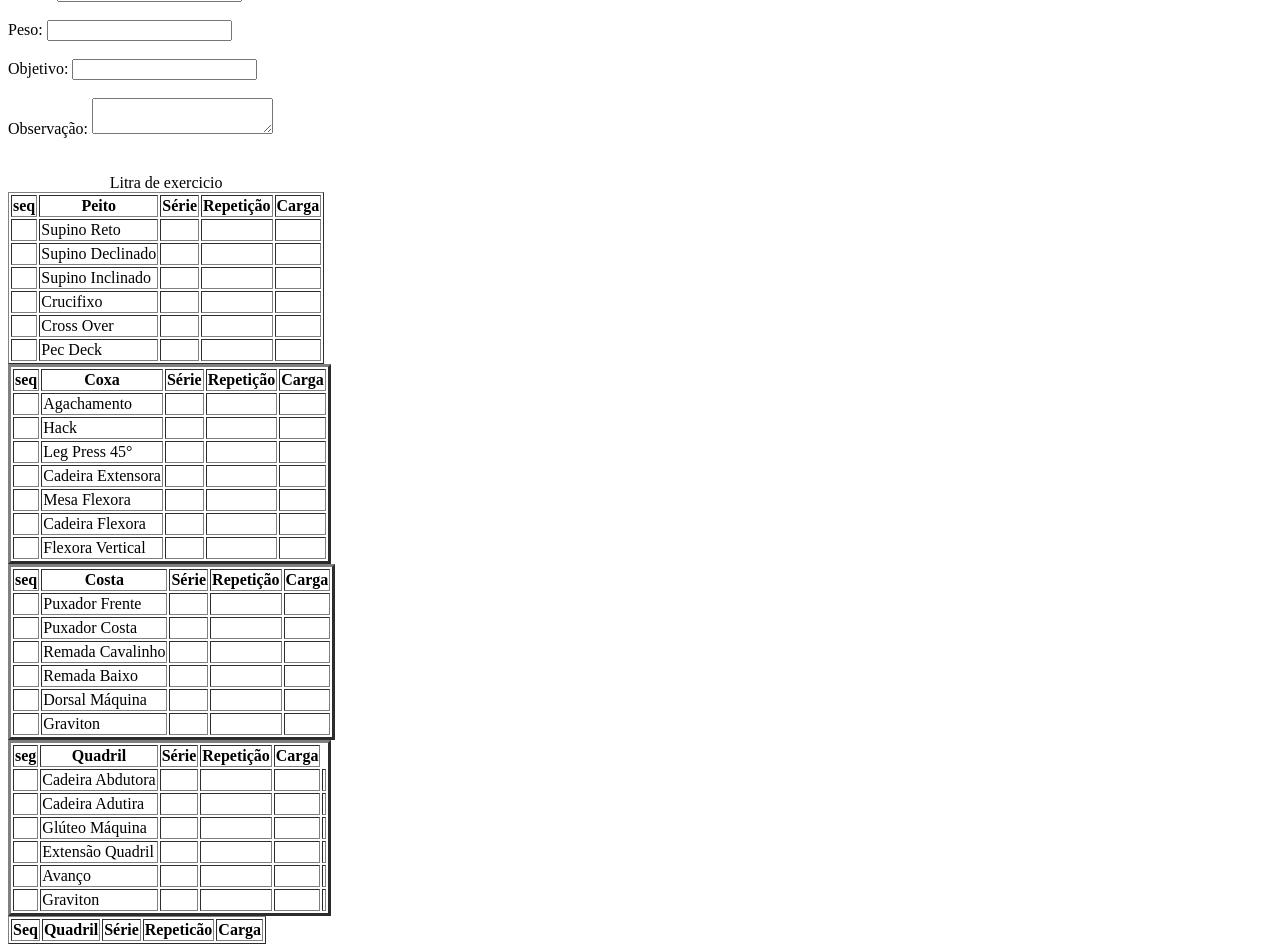
Repository: luisjonson/ProjetoWebAcademia
Page: Projeto_Web/RepositorioWebProject/WebContent/FichaAluno.html
These files come from the project's save history. The page is drawn as it stood at one moment and after the next save; the edit follows.
The browser window is 1280 px wide. The pictures show the part of the page from y = 508 to 1460 px (the page is 1460 px tall before and 1456 px after).
A picture or video elsewhere on the page could not be fetched, so the positions and the page height are approximate.

Above is the page before, as saved 2017-04-06 01:12:02.

### Projeto_Web/RepositorioWebProject/WebContent/FichaAluno.html
<!DOCTYPE html>
<html>
<head>
<meta charset="utf-8">
<title>Insert title here</title>
</head>

<figure>
	<img alt="Smart-Fit"
		src="C:/Users/nano/workspace/Projeto_Web/RepositorioWebProject/WebContent/WEB-INF/Imagem/Smart.png">
</figure>

<body>



	<form action="Cadastro" method="post">



		<label>N° Aluno:</label><br>
		<br> <label>Nome: <input name="nome"></label><br>
		<br> <label>Telefone: <input name="telefone"></label><br>
		<br> <label>Data de Nascimento <input
			name="dataDeNascimento"></label><br>
		<br> <label>Altura: <input type="text" name="Altura"
			required></label><br>
		<br> <label>Peso: <input name="Peso"></label><br>
		<br> <label>Objetivo: <input name="objetivo"></label><br>
		<br> Observação:
		<textarea name="obsevação"></textarea>
	</form>
	<br>
	<br>

	<div class="table-responsive">
	<table class="table" border="1">

		<caption>Litra de exercicio</caption>

		<tr>
			<th>seq</th>
			<th>Peito</th>
			<th>Série</th>
			<th>Repetição</th>
			<th>Carga</th>
		</tr>


		<tr>
			<td></td>
			<td>Supino Reto</td>
			<td></td>
			<td></td>
			<td></td>
		</tr>

		<tr>
			<td></td>
			<td>Supino Declinado</td>
			<td></td>
			<td></td>
			<td></td>
		</tr>

		<tr>
			<td></td>
			<td>Supino Inclinado</td>
			<td></td>
			<td></td>
			<td></td>
		</tr>

		<tr>
			<td></td>
			<td>Crucifixo</td>
			<td></td>
			<td></td>
			<td></td>
		</tr>

		<tr>
			<td></td>
			<td>Cross Over</td>
			<td></td>
			<td></td>
			<td></td>
		</tr>

		<tr>
			<td></td>
			<td>Pec Deck</td>
			<td></td>
			<td></td>
			<td></td>
		</tr>

	</table>

	<table border="3">

		<tr>
			<th>seq</th>
			<th>Coxa</th>
			<th>Série</th>
			<th>Repetição</th>
			<th>Carga</th>
		</tr>

		<tr>
			<td></td>
			<td>Agachamento</td>
			<td></td>
			<td></td>
			<td></td>
		</tr>

		<tr>
			<td></td>
			<td>Hack</td>
			<td></td>
			<td></td>
			<td></td>
		</tr>

		<tr>
			<td></td>
			<td>Leg Press 45°</td>
			<td></td>
			<td></td>
			<td></td>
		</tr>

		<tr>
			<td></td>
			<td>Cadeira Extensora</td>
			<td></td>
			<td></td>
			<td></td>
		</tr>

		<tr>
			<td></td>
			<td>Mesa Flexora</td>
			<td></td>
			<td></td>
			<td></td>
		</tr>

		<tr>
			<td></td>
			<td>Cadeira Flexora</td>
			<td></td>
			<td></td>
			<td></td>
		</tr>

		<tr>
			<td></td>
			<td>Flexora Vertical</td>
			<td></td>
			<td></td>
			<td></td>
		</tr>

		<table border="3">
			<tr>
				<th>seq</th>
				<th>Costa</th>
				<th>Série</th>
				<th>Repetição</th>
				<th>Carga</th>
			</tr>

			<tr>
				<td></td>
				<td>Puxador Frente</td>
				<td></td>
				<td></td>
				<td></td>
			</tr>

			<tr>
				<td></td>
				<td>Puxador Costa</td>
				<td></td>
				<td></td>
				<td></td>
			</tr>

			<tr>
				<td></td>
				<td>Remada Cavalinho</td>
				<td></td>
				<td></td>
				<td></td>
			</tr>

			<tr>
				<td></td>
				<td>Remada Baixo</td>
				<td></td>
				<td></td>
				<td></td>
			</tr>

			<tr>
				<td></td>
				<td>Dorsal Máquina</td>
				<td></td>
				<td></td>
				<td></td>
			</tr>

			<tr>
				<td></td>
				<td>Graviton</td>
				<td></td>
				<td></td>
				<td></td>
			</tr>
		</table>
	</table>

	<table border="3">

		<tr>
			<th>seg</th>
			<th>Quadril</th>
			<th>Série</th>
			<th>Repetição</th>
			<th>Carga</th>
		</tr>

		<tr>
			<td></td>
			<td>Cadeira Abdutora</td>
			<td></td>
			<td></td>
			<td></td>
			<td></td>
		</tr>
		<tr>
			<td></td>
			<td>Cadeira Adutira</td>
			<td></td>
			<td></td>
			<td></td>
			<td></td>
		</tr>

		<tr>
			<td></td>
			<td>Glúteo Máquina</td>
			<td></td>
			<td></td>
			<td></td>
			<td></td>
		</tr>

		<tr>
			<td></td>
			<td>Extensão Quadril</td>
			<td></td>
			<td></td>
			<td></td>
			<td></td>
		</tr>

		<tr>
			<td></td>
			<td>Avanço</td>
			<td></td>
			<td></td>
			<td></td>
			<td></td>
		</tr>

		<tr>
			<td></td>
			<td>Graviton</td>
			<td></td>
			<td></td>
			<td></td>
			<td></td>
		</tr>
	</table>

		<table  class="table" border="1" >

			<tr>
				<th>Seq</th>
				<th>Quadril</th>
				<th>Série</th>
				<th>Repeticão</th>
				<th>Carga</th>
			</tr>


		</table>
	</div>

</body>
</html>

After the next save:
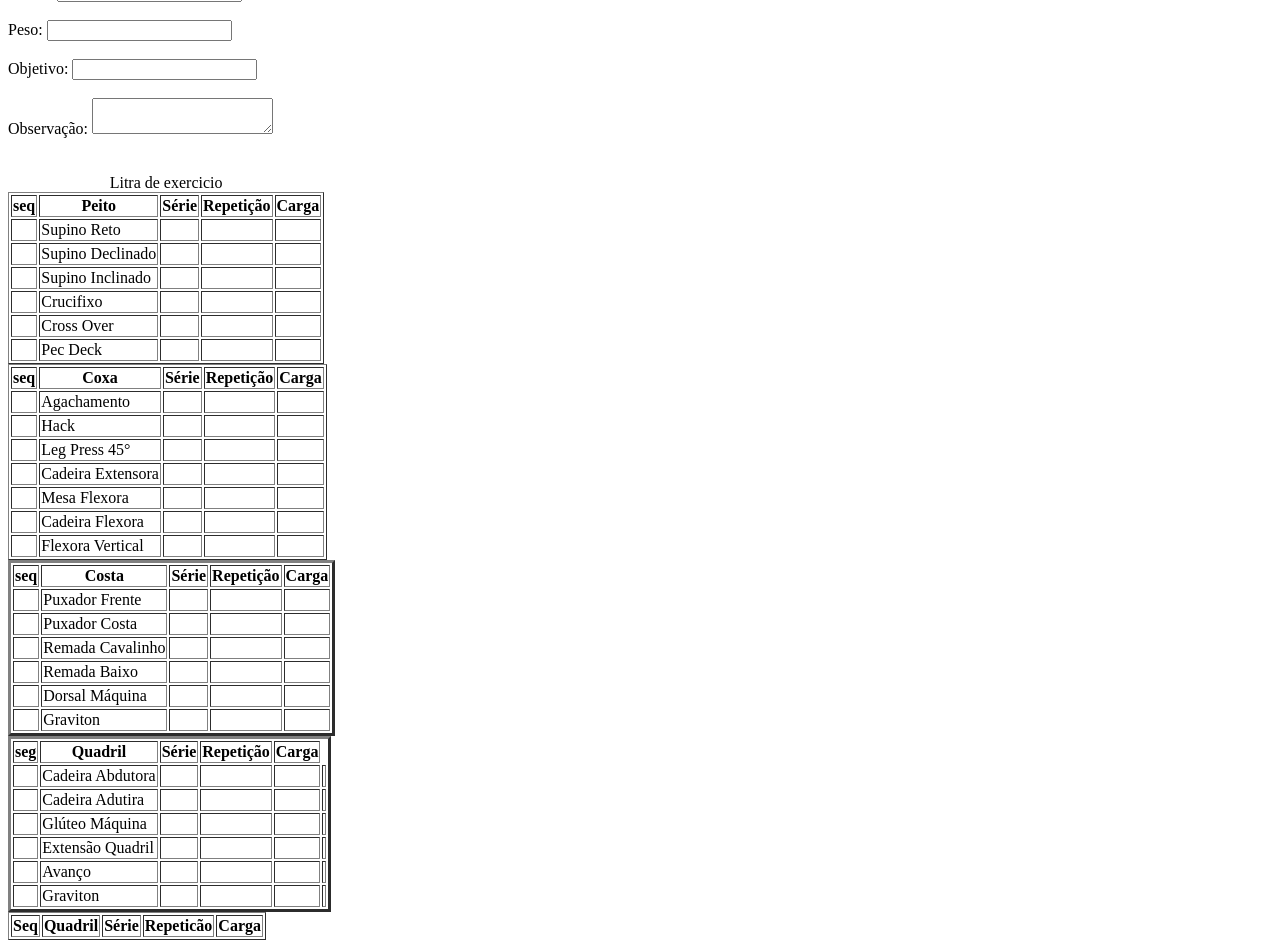
Saved 34 s later.
--- a/Projeto_Web/RepositorioWebProject/WebContent/FichaAluno.html
+++ b/Projeto_Web/RepositorioWebProject/WebContent/FichaAluno.html
@@ -97,7 +97,7 @@
 
 	</table>
 
-	<table border="3">
+	<table  class="table" border="1">
 
 		<tr>
 			<th>seq</th>
